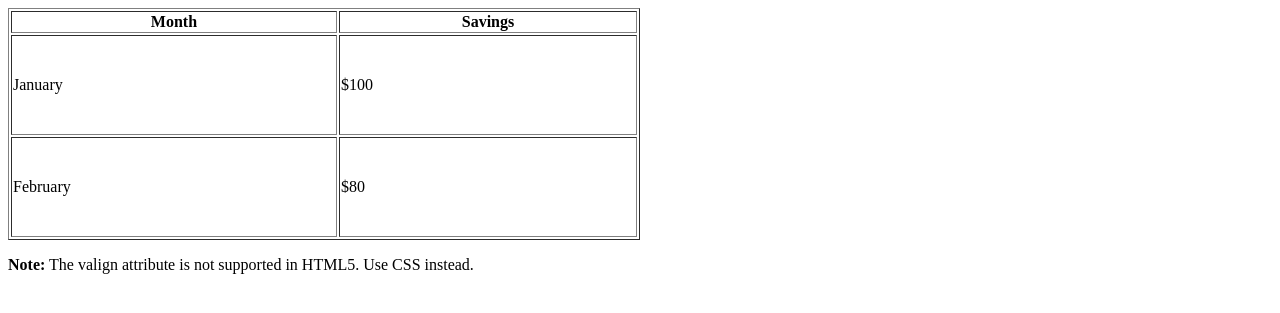
Repository: SanghunOh/learn_publising
Page: HtmlCss/WebContent/HtmlElements/table_rowcolspan.html
An editor plug-in stored every save of this project. The page is shown before and after the next save, followed by the edit.
The browser window is 1280 px wide. The pictures show the whole page.

Above is the page before, as saved 2018-05-05 07:10:48.

After the next save:
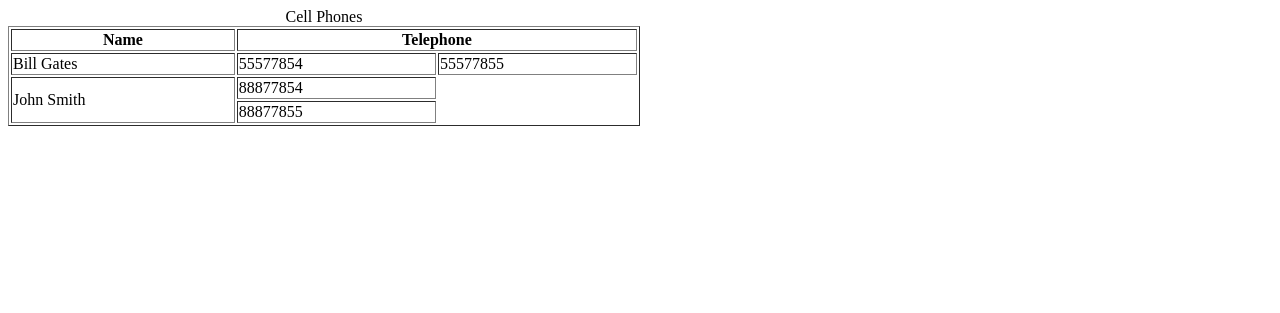
Saved 2 s later.
--- a/HtmlCss/WebContent/HtmlElements/table_rowcolspan.html
+++ b/HtmlCss/WebContent/HtmlElements/table_rowcolspan.html
@@ -3,28 +3,25 @@
 <head>
 </head>
 <body>
-
-	<table style="width: 50%;" border=1>
+	<table style="width: 50%" border="1">
+		<caption>Cell Phones</caption>
 		<tr>
-			<th>Month</th>
-			<th>Savings</th>
+			<th>Name</th>
+			<th colspan="2">Telephone</th>
 		</tr>
-		<tbody valign="middle">
-			<tr style="height: 100px">
-				<td>January</td>
-				<td>$100</td>
-			</tr>
-			<tr style="height: 100px">
-				<td>February</td>
-				<td>$80</td>
-			</tr>
-		</tbody>
+		<tr>
+			<td>Bill Gates</td>
+			<td>55577854</td>
+			<td>55577855</td>
+		</tr>
+		<tr>
+			<td rowspan="2">John Smith</td>
+			<td>88877854</td>
+		</tr>
+		<tr>
+			<td rowspan="3">88877855</td>
+		</tr>
 	</table>
-
-	<p>
-		<b>Note:</b> The valign attribute is not supported in HTML5. Use CSS
-		instead.
-	</p>
 
 </body>
 </html>
